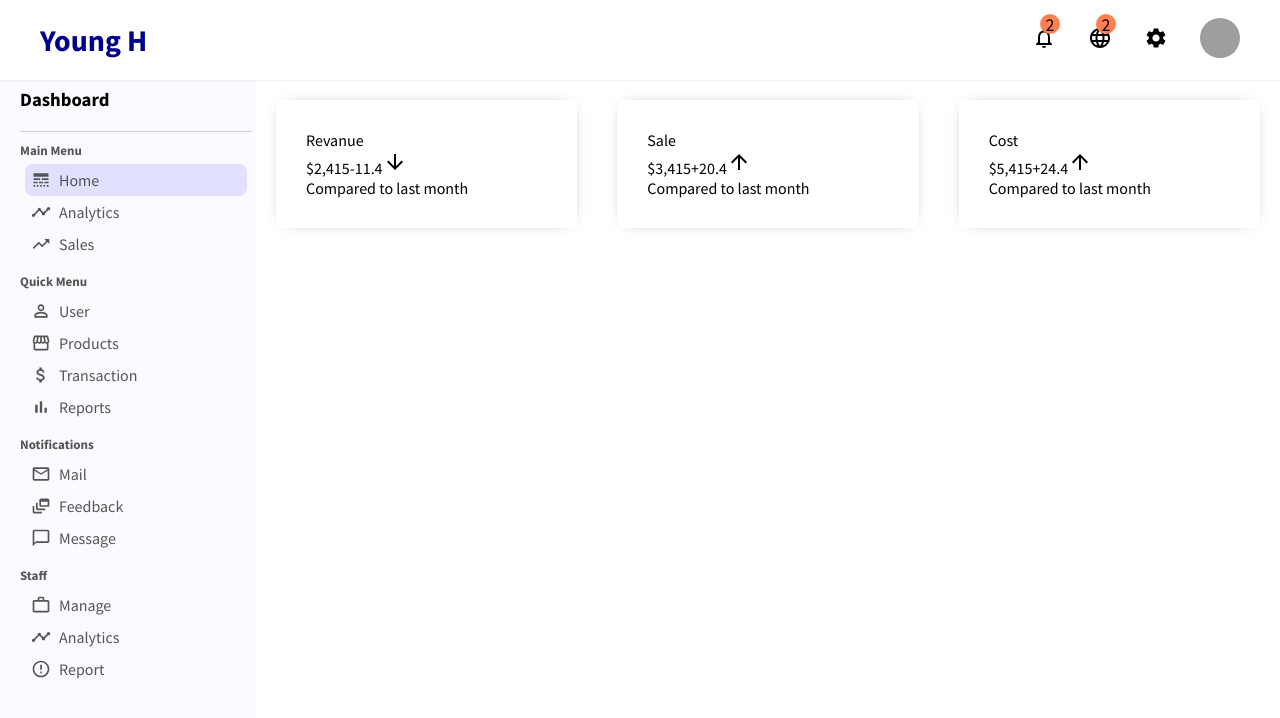
Repository: noname20011/admin
Page: /
The author's editor kept a copy of each file at every save. The page is drawn from the files as they stood at one save, then again after the next save.
The browser window is 1280 px wide. The pictures show the whole page.
Pictures or frames that could not be fetched are drawn as grey boxes. The project was rebuilt for these pictures with package versions that can differ from the ones it lists, and the page was loaded fresh each time.

Above is the page before, as saved 2021-11-13 11:09:04.

### public/index.html
<!DOCTYPE html>
<html lang="en">
  <head>
    <meta charset="utf-8" />
    <link rel="icon" href="%PUBLIC_URL%/favicon.ico" />
    <meta name="viewport" content="width=device-width, initial-scale=1" />
    <meta name="theme-color" content="#000000" />
    <meta
      name="description"
      content="Web site created using create-react-app"
    />
    <!-- GOOGLE FONTS -->
    <link href="https://fonts.googleapis.com/css2?family=Source+Sans+Pro:wght@200;300;400;600;700;900&display=swap" rel="stylesheet">
    <style>
      * {
        font-family: 'Source Sans Pro', sans-serif;
        padding: 0;
        margin: 0;
      }
    </style>
    <title>React Admin App</title>
  </head>
  <body>
    <div id="root"></div>
  </body>
</html>

### src/App.js
import Topbar from "./comopnents/topbar/Topbar";
import Sidebar from "./comopnents/sidebar/Sidebar";
import Home from "./pages/home/Home.jsx"
import './app.css'
function App() {
  return (
    <div>
      <Topbar/>
      <div className="container">
        <Sidebar/>
        <Home/>
      </div>
    </div>
  );
}

export default App;

### src/comopnents/topbar/Topbar.jsx
import React from 'react'
import './topbar.css'

import { Language, NotificationsNone, Settings  } from '@material-ui/icons'

export default function Topbar() {
    return (
        <div className="topbar">
            <div className="topbarWrapper">
                <div className="topLeft">
                    <div className="logo">Young H</div>
                </div>
                <div className="topRight">
                    <div className="topbarIconContainer">
                        <NotificationsNone/>
                        <div className="topIconsBadge">2</div>
                    </div>
                    <div className="topbarIconContainer">
                        <Language/>
                        <div className="topIconsBadge">2</div>
                    </div>
                    <div className="topbarIconContainer">
                        <Settings/>
                    </div>
                    <div>
                        <img src="https://images.pexels.com/photos/1526814/pexels-photo-1526814.jpeg?auto=compress&cs=tinysrgb&dpr=2&w=500" alt="admin" className="topAvatar"/>
                    </div>
                </div>
            </div>
        </div>
    )
}

### src/comopnents/sidebar/Sidebar.jsx
import { AttachMoney, BarChart, ChatBubbleOutline, DynamicFeed, ErrorOutline, LineStyle, MailOutlined, PersonOutline, Storefront, Timeline, TrendingUp,  WorkOutlineOutlined } from '@material-ui/icons'
import React from 'react'
import "./sidebar.css"
export default function Sidebar() {
    return (
        <div className="sidebar">
            <div className="sidebarWrapper">
                <h3 className="sidebarTitle">Dashboard</h3>
                <div className="sidebarMenu">
                    <h4 className="sidebarMenuTitle">Main Menu</h4>
                    <ul className="sidebarLists">
                        <li className="sidebarListItem active">
                            <LineStyle className="sidebarIcon"/>
                            Home
                        </li>
                        <li className="sidebarListItem">
                            <Timeline className="sidebarIcon"/>
                            Analytics
                        </li>
                        <li className="sidebarListItem">
                            <TrendingUp className="sidebarIcon"/>
                            Sales
                        </li>
                    </ul>
                </div>
                <div className="sidebarMenu">
                    <h4 className="sidebarMenuTitle">Quick Menu</h4>
                    <ul className="sidebarLists">
                        <li className="sidebarListItem">
                            <PersonOutline className="sidebarIcon"/>
                            User
                        </li>
                        <li className="sidebarListItem">
                            <Storefront className="sidebarIcon"/>
                            Products
                        </li>
                        <li className="sidebarListItem">
                            <AttachMoney className="sidebarIcon"/>
                            Transaction
                        </li>
                        <li className="sidebarListItem">
                            <BarChart className="sidebarIcon"/>
                            Reports
                        </li>
                    </ul>
                </div>
                <div className="sidebarMenu">
                    <h4 className="sidebarMenuTitle">Notifications</h4>
                    <ul className="sidebarLists">
                        <li className="sidebarListItem">
                            <MailOutlined className="sidebarIcon"/>
                            Mail
                        </li>
                        <li className="sidebarListItem">
                            <DynamicFeed className="sidebarIcon"/>
                            Feedback
                        </li>
                        <li className="sidebarListItem">
                            <ChatBubbleOutline className="sidebarIcon"/>
                            Message
                        </li>
                    </ul>
                </div>
                <div className="sidebarMenu">
                    <h4 className="sidebarMenuTitle">Staff</h4>
                    <ul className="sidebarLists">
                        <li className="sidebarListItem">
                            <WorkOutlineOutlined className="sidebarIcon"/>
                            Manage
                        </li>
                        <li className="sidebarListItem">
                            <Timeline className="sidebarIcon"/>
                            Analytics
                        </li>
                        <li className="sidebarListItem">
                            <ErrorOutline className="sidebarIcon"/>
                            Report
                        </li>
                    </ul>
                </div>
            </div>
        </div>
    )
}

### src/pages/home/Home.jsx
import "./home.css"
import Feature from "../../comopnents/featureInfo/Feature"

export default function Home() {
    return (
        <div className="home">
            <Feature/>
        </div>
    )
}

### src/app.css
ul, li {
    list-style: none;
}

a {
    text-decoration: none;
}

.container {
    display: flex;
}

.other {
    flex: 4;
}

### src/comopnents/topbar/topbar.css
.topbar {
    width: 100%;
    height: 80px;
    background: #fff;
    box-shadow: 0 .5px 2px rgba(0, 0, 0, 0.07);

    position: sticky;
    top: 0;
    z-index: 1000;
}

.topbarWrapper {
    height: 100%;
    padding: 0 40px;
    display: flex;
    justify-content: space-between;
    align-items: center;
}

.logo {
    font-weight: bold;
    font-size: 30px;
    color: darkblue;
    cursor: pointer;
}

.topRight {
    display: flex;
    align-items: center;
    column-gap: 2rem;
}
.topbarIconContainer {
    position: relative;
    cursor: pointer;
}

.topIconsBadge {
    font-size: 18px;
    position: absolute;
    top: -12px;
    right: -4px;

    width: 20px;
    height: 20px;
    background-color: coral;
    border-radius: 50%;

    display: flex;
    place-content: center;
    place-items: center;
}

.topAvatar {
    width: 40px;
    height: 40px;
    object-fit: cover;
    border-radius: 50%;
    cursor: pointer;
}

### src/comopnents/sidebar/sidebar.css
.sidebar {
    flex: 1;
    background-color: rgb(251, 251, 255);
    position: sticky;
    top: 80px;
    height: calc(100vh - 80px);
}

.sidebarWrapper {
    padding: 8px 4px 0 20px;
}

.sidebarTitle {
    padding-bottom: 20px;
    margin-bottom: 10px;
    border-bottom: 1px solid #ccc;
}

.sidebarMenu {
    margin-bottom: 8px;
}

.sidebarMenuTitle {
    color: #555;
    font-size: 13px;
}

.sidebarLists {
    padding: 5px;
}

.sidebarListItem {
    display: flex;
    align-items: center;
    column-gap: .5rem;

    padding: 6px;
    color: #555;
    cursor: pointer;
    border-radius: .5rem;
}

.sidebarListItem.active,
.sidebarListItem:hover {
    background-color: rgb(225, 225, 255);
}

.sidebarIcon {
    font-size: 20px!important;
}

### src/pages/home/home.css
.home {
    flex: 4;
}

### src/comopnents/featureInfo/Feature.jsx
import { ArrowDownward, ArrowUpward } from '@material-ui/icons'
import "./feature.css"

export default function Feature() {
    return (
        <div className="featured">
            <div className="featuredItem">
                <span className="featuredTitle">Revanue</span>
                <div className="featuredMoneyContainer">
                    <span className="featuredMoney">$2,415</span>
                    <span className="featuredMoneyRate">-11.4
                        <ArrowDownward/>
                    </span>
                </div>
                <span className="featuredSub">Compared to last month
                </span>
            </div>

            <div className="featuredItem">
                <span className="featuredTitle">Sale</span>
                <div className="featuredMoneyContainer">
                    <span className="featuredMoney">$3,415</span>
                    <span className="featuredMoneyRate">+20.4
                        <ArrowUpward/>
                    </span>
                </div>
                <span className="featuredSub">Compared to last month
                </span>
            </div>

            <div className="featuredItem">
                <span className="featuredTitle">Cost</span>
                <div className="featuredMoneyContainer">
                    <span className="featuredMoney">$5,415</span>
                    <span className="featuredMoneyRate">+24.4
                        <ArrowUpward/>
                    </span>
                </div>
                <span className="featuredSub">Compared to last month</span>
            </div>
        </div>
    )
}

### src/comopnents/featureInfo/feature.css
.featured {
    display: flex;
    justify-content: space-between;
    width: 100%;
}
.featuredItem {
    flex: 1;
    margin: 20px 20px;
    padding: 30px;
    border-radius: .4rem;
    cursor: pointer;
    -webkit-box-shadow: 0px 0px 15px -10px rgba(0, 0, 0, 0.75);
    box-shadow: 0px 0px 15px -10px rgba(0, 0, 0, 0.75);
}

Loaded but not shown: src/index.js (common file)

After the next save:
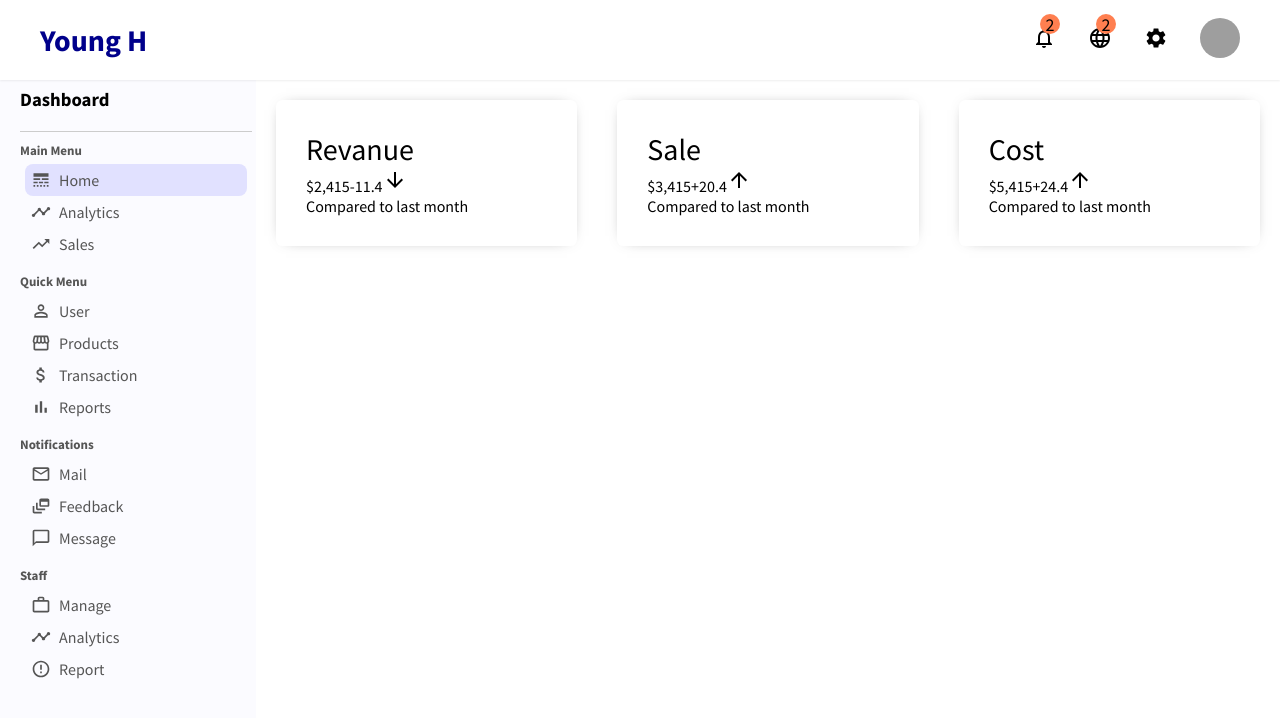
Saved 41 s later.
--- a/src/comopnents/featureInfo/feature.css
+++ b/src/comopnents/featureInfo/feature.css
@@ -12,3 +12,7 @@
     -webkit-box-shadow: 0px 0px 15px -10px rgba(0, 0, 0, 0.75);
     box-shadow: 0px 0px 15px -10px rgba(0, 0, 0, 0.75);
 }
+
+.featuredTitle {
+    font-size: 30px;
+}
